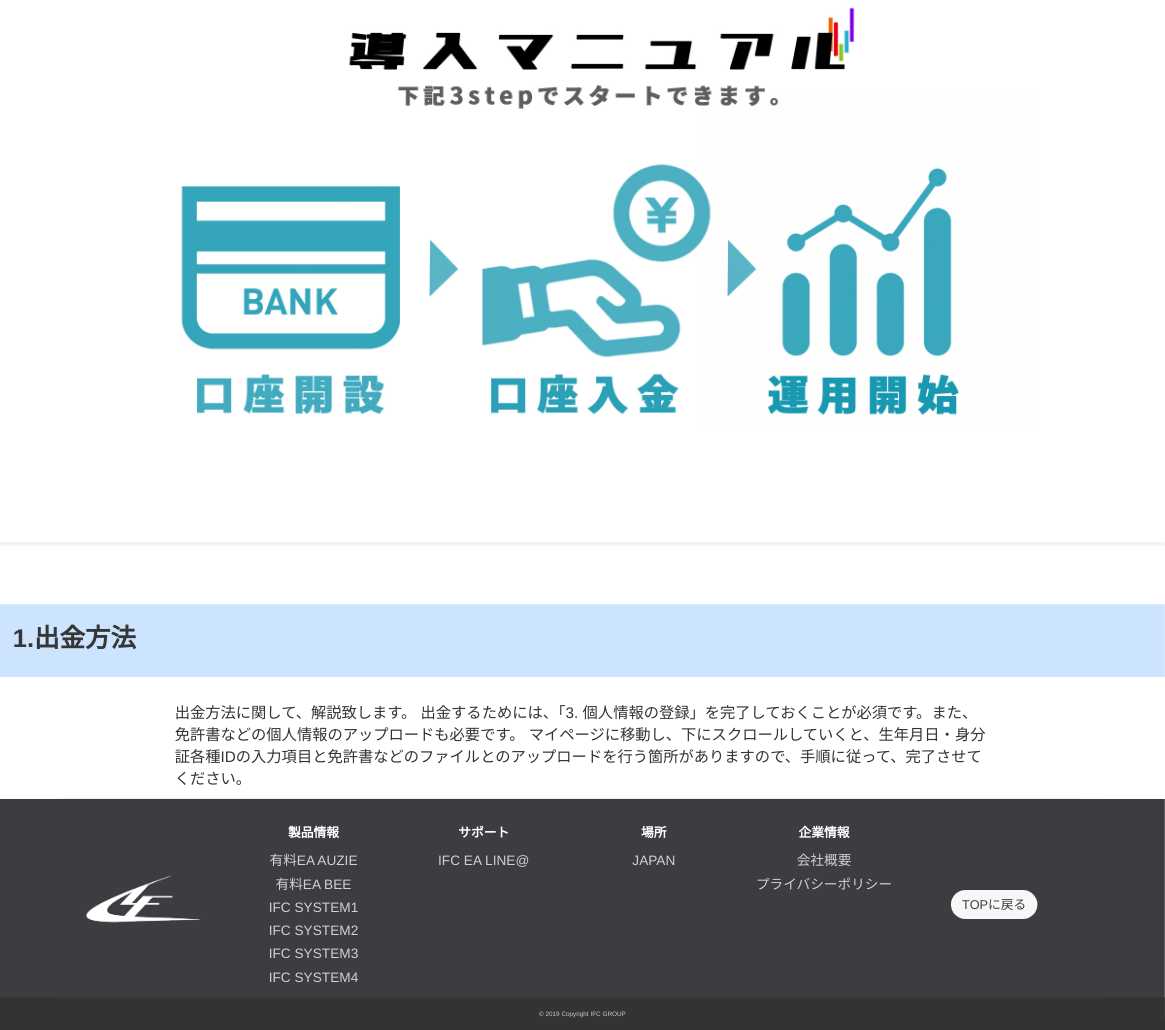
Repository: kkttuu1013/ProjectCeed
Page: http://localhost/start/4
The author's editor kept a record of every edit. The page is drawn from the files as they stood at one moment, then again after the next edit.
The browser window is 1280 px wide. The pictures show the whole page, at 91% of full size.
Some web libraries are served in a nearby version. The page is served by the project's Node server (server.js).

Above is the page before.
Console error: ReferenceError: jQuery is not defined

### views/back.ejs
<!DOCTYPE html>
<html lang="en">
<head>
    <meta charset="UTF-8">
    <meta name="viewport" content="width=device-width, initial-scale=1">
    <title>Hello Bulma!</title>
    <link href="../main.css" rel="stylesheet" type="text/css"/>
    <link rel="stylesheet" href="../bulma/bulma.css">
    <script defer src="https://use.fontawesome.com/releases/v5.0.7/js/all.js"></script>
    <meta http-equiv="X-UA-Compatible" content="ie=edge">
    <link rel="stylesheet" href="https://maxcdn.bootstrapcdn.com/bootstrap/3.3.6/css/bootstrap.min.css" />
    <title>Document</title>
    <script src="../main.js"></script>
</head>
<body>
    <img src="/image/4.jpg" class="sidepd4">
    <hr class="hr1">

  <div class="wrapper2" >
     <p class="txt1">
    <strong>1.出金方法</strong><br>
    </p>
    </div>
    <div class="wrapper4">
    <p class="txt">
    出金方法に関して、解説致します。

    出金するためには、「3. 個人情報の登録」を完了しておくことが必須です。また、免許書などの個人情報のアップロードも必要です。

    マイページに移動し、下にスクロールしていくと、生年月日・身分証各種IDの入力項目と免許書などのファイルとのアップロードを行う箇所がありますので、手順に従って、完了させてください。
    </p>
    </div>






    <footer id="myFooter">
        <div id="mycontainer" class="container blackDiv">
            <div class="row blackDiv">
                <div id="image_wrapper" class="col-sm-12 col-md-2 blackDiv">
                    <h2 class="logo"><a href="#"><img id="ifcLogo" src="/image/IFC rogo.png"></a></h2>
                </div>
                <div class="col-sm-12 col-md-2 blackDiv footerList" >
                    <h5>製品情報</h5>
                    <ul>
                        <li><a href="https://www.ifc752.com/gallery">有料EA AUZIE</a></li>
                        <li><a href="https://www.ifc752.com/bee">有料EA BEE</a></li>
                        <li><a href="https://www.ifc752.com/blank-2">IFC SYSTEM1</a></li>
                        <li><a href="https://www.ifc752.com/ifcsystem1">IFC SYSTEM2</a></li>
                        <li><a href="https://www.ifc752.com/ifcsystem2">IFC SYSTEM3</a></li>
                        <li><a href="https://www.ifc752.com/ifcsystem4-3">IFC SYSTEM4</a></li>
                    </ul>
                </div>
                <div class="col-sm-12 col-md-2 blackDiv footerList">
                    <h5>サポート</h5>
                    <ul>
                        <li><a href="https://line.me/R/ti/p/%40vbu5369m">IFC EA LINE@</a></li>
                    </ul>
                </div>
                <div class="col-sm-12 col-md-2 blackDiv footerList">
                    <h5>場所</h5>
                    <ul>
                        <li>JAPAN</li>

                    </ul>
                </div>
                <div class="col-sm-12 col-md-2 blackDiv footerList">
                    <h5>企業情報</h5>
                    <ul>
                        <li><a href="https://www.sinseeddeviation.com/">会社概要</a></li>
                        <li><a href="/privacypolicy">プライバシーポリシー</a></li>
                    </ul>
                </div>
                <div id="button_wrapper" class="col-sm-12 col-md-2 blackDiv">
                    <button onclick="location.href='/'" type="button" class="btn btn-default">TOPに戻る</button>
                </div>
            </div>
        </div>
        <div class="footer-copyright">
            <p>© 2019 Copyright IFC GROUP </p>
        </div>
    </footer>


    <script src="https://code.jquery.com/jquery-3.4.1.js"
            integrity="sha256-WpOohJOqMqqyKL9FccASB9O0KwACQJpFTUBLTYOVvVU="
            crossorigin="anonymous"></script>
    <script src="https://ajax.googleapis.com/ajax/libs/jquery/1.12.4/jquery.min.js"></script>
    <script src="https://maxcdn.bootstrapcdn.com/bootstrap/3.3.7/js/bootstrap.min.js"></script>
<script src="main.js"></script>
</body>

</html>

### server.js
const express = require('express');
const app = express();
const cool = require('cool-ascii-faces')
const PORT = process.env.PORT || 3000;

app.set('views', './views');
app.set("view engine", "ejs");
app.use( express.static( __dirname ) );

app.get('/',function(req, res){
    res.render("index");
});

app.get('/whatisea/', function(req, res){
    res.render("whatisea")
})

app.get('/free/', function(req, res){
    res.render("free")
})

app.get('/cool', (req, res)=> res.send(cool()));

app.get('/privacypolicy', function(req, res){
    res.render("privacypolicy")
})

app.get('/stream', function(req, res){
    res.render("stream");
})

app.get('/start', function(req, res){
    res.render("start");
})

app.get('/start/2', function(req,res){
    res.render("money");
})

app.get('/start/3', function(req,res){
    res.render("mt4");
})

app.get('/start/4', function(req,res){
    res.render("back");
})

app.use(function(err, req, res, next){
	res.status(500);
	res.end('my 500 error! : ' + err);
});

app.listen(PORT);

### main.css
body{
    color: black;
    padding: 0;
    margin: 0;
}

.top-padding{
    padding: 5% 15% 5% 15%;
}

.responsiveImg{
    width: 100%;
}

.whitediv{
    background-color: white !important;
}



.right-half {
    position: absolute;
    right: 0px;
    width: 50%;
    height: 40%;
}

.margin-zero{
    margin: 0;
    padding: 0;
}
.img-whitebar{
    margin: 0px;
}
#leftHalf {
    width: 50%;
    position: absolute;
    left: 0px;
    height: 100%;
}

.mgpdzero{
    margin-bottom: 0px;
    padding: 0;
}

#topPos{
    width: 100%;
}

.sidepd{
    padding: 0px  10% 6% 10%;
}

.sidepd2{
    padding: 0% 10% 0% 10%;
}

.sidepd3{
    margin-left: auto;
    margin-right: auto;
    width: 100%;
}

.sidepd4{
    padding: 0% 10% 0% 10%;
}



.addtoppd{
    padding-top: 5%;
}


.navbar
{
    border: 0 !important;
}

.containBtn{
    position: relative;
    text-align: center;
    z-index: 0;
}

#container {
    position:relative;
    display: block;
}

.column{
    padding: 0;
    margin: 0;
}

.skyblue{
    color: #3D9BE9;
}

.wrapper {
    max-width: 70%;
    margin: 0 auto;
    text-align: center;
    background: white;
  }
.wrapper2{
    padding: 1.3em 1em;
    margin: auto;
    margin-top: 5%;
    color: #2c2c2f;
    background: #cde4ff;/*背景色*/
    width: 100%;
    height: 80px;
    text-align: left;
}

.wrapper4 {
    max-width: 70%;
    margin: 0 auto;
    margin-top: 2em;
    text-align: center;
    background: white;
  }

 .wrapper5 {
    margin: 0 auto;
    margin-top: 2em;
    text-align: center;
    background: white;
  }

.next {
  background-color: #4CAF50;
  color: white;
  text-align: center;
  text-decoration: none;
  display: inline-block;
  padding: 8px 16px;
}

.round {
  border-radius: 50%;
}

.mgtop{
    margin-top: 1em;
}


.txt{
    font-size: 1.2em;
    text-align: left;
}

.txt1 {
    display: inline-block;
    text-align: center;
    font-size: 2em;
}

#link{
    text-align: center;
    background: white;

}

.hr1{
    height: 3px;
}





#mycontainer .container{
    height: 50px;
    width: 100px;
}

#img2 {
    width: 50px;
    height: auto;
    position: absolute;
    left: 61.5%;
    top: 20%;
}

#img3 {
    width: 50px;
    height: auto;
    position: absolute;
    left: 1170px;
    top: 15px;
}

#img4 {
    width: 50px;
    height: auto;
    position: absolute;
    left: 100%;
    top: 15px;
}

.fixedTop{
    position: fixed;
    top: 0;
    z-index: 10;
}

#toTop{
    width: 12%;

}

#toTop:focus{
    outline: none;
}

#toEA{
    left: 11%;
    width: 18.5%;
}

#gotoea{
    position: absolute;
    bottom: 29%;
    left: 23.5%;
    text-align: center;
    font-size: 1.5vw;
}

#gotofree{
    position: absolute;
    bottom: 30%;
    left: 60%;
    text-align: center;
    font-size: 1.5vw;
}



#toEA:focus{
    outline: none;
}

#toFree{
    left: 28.5%;
    width: 20%;
}

#toFree:focus{
    outline: none;
}

#gotostream{
    position: absolute;
    bottom: 35%;
    left: 26%;
    font-size: 1.5vw;
}

#gotostream2{
    position: absolute;
    bottom: 15%;
    left: 60%;
    font-size: 1.4vw;
}

#toStream{
    left: 47.8%;
    width: 19.6%;
}

#toStream:focus{
    outline: none;
}

#toLine{
    left: 67.4%;
    width: 11%;
}

#toLine:focus{
    outline: none;
}


#toStart{
    left: 78.3%;
    width: 27.8%;
}

#toStart:focus{
    outline: none;
}

.videocontainer{
    position: relative;
    width: 100%;
    padding-top: 30%;
    padding-left: 10%;
    padding-right: 10%;
    padding-bottom: 10%;
}

.streamframe{
    position: absolute;
    top: 10%;
    right: 25%;
    width: 1000px;
    height: 500px;
}

.signal{
    top: 1.5%;
    left: 64%;
    width: 3%;
}

@media screen and (max-width: 600px) {
    .signal{top: 1%;}
}

div {
    background-color: #F7F7F8;
  }

#mycontainer{
    width: 100%;
}

#myFooter {
    background-color: #3c3d41;
    color: white;
    width: 100%;

}

#myFooter .footer-copyright {
    background-color: #333333;
    padding-top: 3px;
    padding-bottom: 3px;
    text-align: center;
    font-size: 50%;
}

#myFooter .row {
    margin-bottom: 0px;
    width: 100%;
}

#myFooter .navbar-brand {
    margin-top: 45px;
    height: 65px;
}

#myFooter .footer-copyright p {
    margin: 10px;
    color: #ccc;
}

#myFooter ul {
    list-style-type: none;
    padding-left: 0;
    line-height: 1.7;
    text-align: center;
}

#myFooter h5 {
    color: white;
    font-weight: bold;
    margin-top: 30px;
    text-align: center;

}

#myFooter h2 a{
    font-size: 50px;
    text-align: center;
    color: #fff;
}

#myFooter a {
    width: 100%;
    color: #d2d1d1;
    text-decoration: none;
    font-size: 15px;

}

#myFooter li{
    width: 100%;
    color: #d2d1d1;
    text-decoration: none;
    font-size: 15px;
}

#myFooter a:hover,
#myFooter a:focus {
    text-decoration: none;
    color: white;
}

#myFooter .social-networks {
    text-align: center;
    padding-top: 100px;
    padding-bottom: 16px;
}

#myFooter .social-networks a {
    font-size: 10px;
    color: #f9f9f9;
    padding: 10px;
    transition: 0.2s;
}

#myFooter .social-networks a:hover {
    text-decoration: none;
}

#myFooter .facebook:hover {
    color: #0077e2;
}

#myFooter .google:hover {
    color: #ef1a1a;
}

#myFooter .twitter:hover {
    color: #00aced;
}

#myFooter .btn {
    color: #3c3d41;
    background-color: #F7F7F8;
    border-radius: 20px;
    border: none;
    margin: auto;
    margin-top: 100px;
}

#button_wrapper{
    text-align: center;
}

#ifcLogo{
    height: auto;
    width: 200px;
    padding-right: 10px;
    padding-left:  10px;
    padding-top: 25px;
}

.mobile{
    display: none;
}

@media screen and (max-width: 1023px) {
    #myFooter .row {
    margin-bottom: 0px;
}
    #image_wrapper{
        text-align: center;
    }

    #myFooter .btn{
        margin-top: 50px;
        margin-bottom: 50px;
    }

    .desktop{
        display: none;
    }

    .mobile{
        display: block;
        width: 100%;
    }
    #toTop{
        width: 100%;
    }
    #imgMain{
        margin-top: 10%;
    }


}

@media screen and (max-width: 767px) {
    .sidepd{
        padding: 0 0 20% 0;
    }
    .top-padding{
        padding: 5% 0 5% 0;
    }

    #gotoea{
        bottom: 29%;
        left: 18%;
        font-size: 2vw;
    }

    #gotostream{
        position: absolute;
        bottom: 35%;
        left: 21%;
        font-size: 2vw;
    }

     #gotofree{
        position: absolute;
        bottom: 7%;
        left: 40%;
        font-size: 3vw;
    }

    #gotoea{
        position: absolute;
        bottom: 7%;
        left: 40%;
        font-size: 3vw;
    }

    #gotostream{
        position: absolute;
        bottom: 7%;
        left: 40%;
        font-size: 3vw;
    }





}

@media (max-width: 525px){
    .containimg {
        width: auto;
        }
    .insideimg{
        width: 100%;
        height: auto;
    }
}


.blackDiv{
    background-color: #3c3d41;
    font-size: 80%;
}


/* ============== */
/*     footer     */
/* ============== */

### main.js
/* global $ */

jQuery(function(){

    function fadeIn()
{
   $(this).fadeIn( fadeOut );
}

function fadeOut()
{
   $(this).fadeOut( fadeIn );
}

fadeIn.call($(".signal"));

 });



 //向かいたい先の位置を変数positionに入れる。
var topPos = $("#topPos").offset().top;
var eaPos = $("#eaPos").offset().top;
var freePos = $("#freePos").offset().top;
var livePos = $("#livePos").offset().top;
var linePos = $("#linePos").offset().top;
var startPos = $("#startPos").offset().top;　//最初の要素の、ドキュメント上での表示位置[y軸]を返す

var bootstrap_enabled = (typeof $().modal == 'function');


//TO TOP BUTTON
$(document).on("click","#toTop",function(){
   console.log("pressed!");
   $("html,body").animate({
        scrollTop : topPos // さっき変数に入れた位置まで
    }, {
        queue : false,　// どれくらい経過してから、アニメーションを始めるか。キュー[待ち行列]。falseを指定すると、キューに追加されずに即座にアニメーションを実行。
    });
});

$(document).on("click",".btn-default",function(){
    console.log("pressed!");
    $("html,body").animate({
         scrollTop : topPos // さっき変数に入れた位置まで
     }, {
         queue : false,　// どれくらい経過してから、アニメーションを始めるか。キュー[待ち行列]。falseを指定すると、キューに追加されずに即座にアニメーションを実行。
     });
 });

$(document).on("click","#toEA",function(){
    console.log("pressed!");
    $("html,body").animate({
         scrollTop : eaPos // さっき変数に入れた位置まで
     }, {
         queue : false,　// どれくらい経過してから、アニメーションを始めるか。キュー[待ち行列]。falseを指定すると、キューに追加されずに即座にアニメーションを実行。
     });
 });

 $(document).on("click","#toFree",function(){
    console.log("pressed!");
    $("html,body").animate({
         scrollTop : freePos // さっき変数に入れた位置まで
     }, {
         queue : false,　// どれくらい経過してから、アニメーションを始めるか。キュー[待ち行列]。falseを指定すると、キューに追加されずに即座にアニメーションを実行。
     });
 });

 $(document).on("click","#toStream",function(){
    console.log("pressed!");
    $("html,body").animate({
         scrollTop : livePos // さっき変数に入れた位置まで
     }, {
         queue : false,　// どれくらい経過してから、アニメーションを始めるか。キュー[待ち行列]。falseを指定すると、キューに追加されずに即座にアニメーションを実行。
     });
 });

 $(document).on("click","#toLine",function(){
    console.log("pressed!");
    $("html,body").animate({
         scrollTop : linePos // さっき変数に入れた位置まで
     }, {
         queue : false,　// どれくらい経過してから、アニメーションを始めるか。キュー[待ち行列]。falseを指定すると、キューに追加されずに即座にアニメーションを実行。
     });
 });

 $(document).on("click","#toStart",function(){
    console.log("pressed!");
    $("html,body").animate({
         scrollTop : startPos // さっき変数に入れた位置まで
     }, {
         queue : false,　// どれくらい経過してから、アニメーションを始めるか。キュー[待ち行列]。falseを指定すると、キューに追加されずに即座にアニメーションを実行。
     });
 });

Loaded but not shown: bulma/bulma.css (library)

After the next edit:
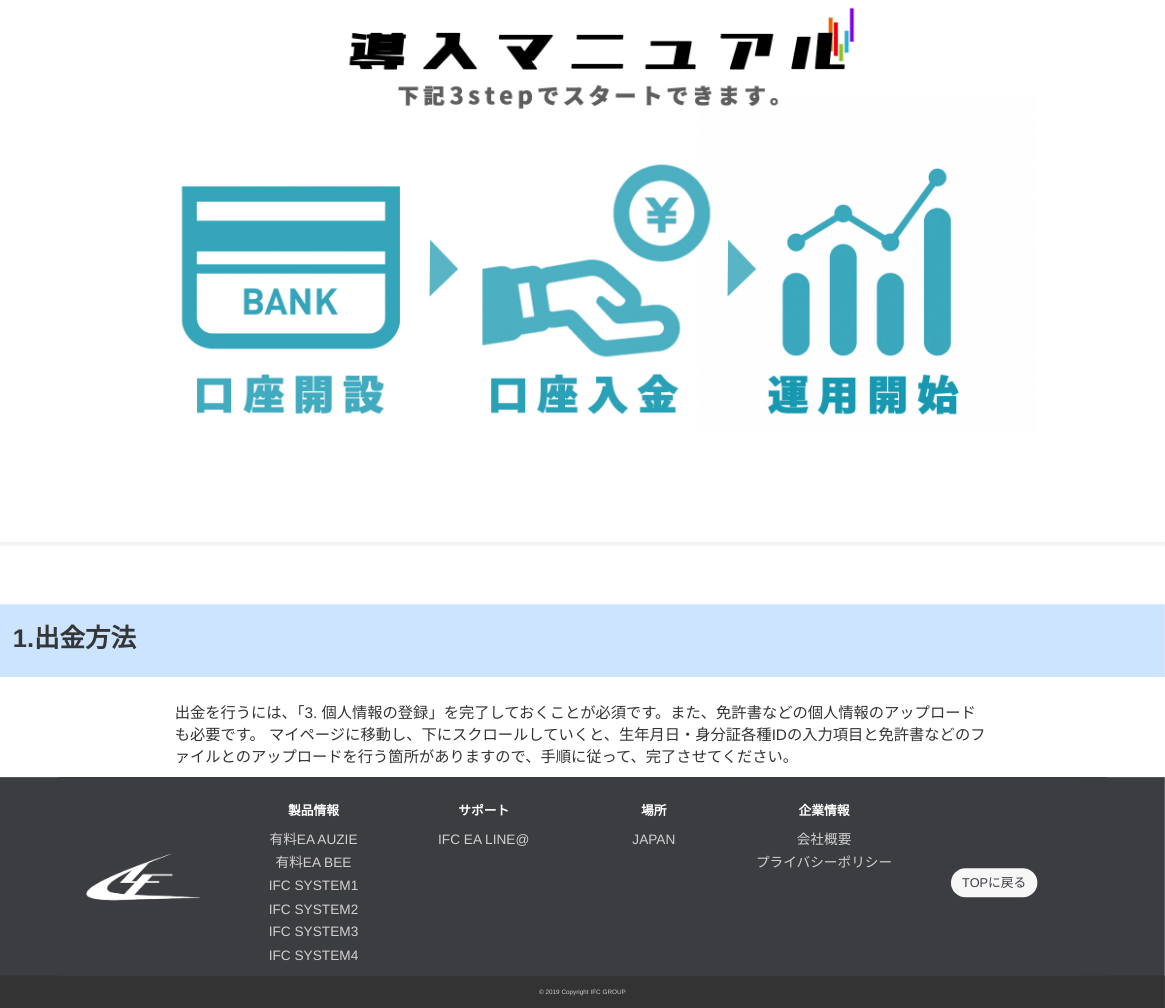
The edit:
--- a/views/back.ejs
+++ b/views/back.ejs
@@ -23,9 +23,8 @@
     </div>
     <div class="wrapper4">
     <p class="txt">
-    出金方法に関して、解説致します。
 
-    出金するためには、「3. 個人情報の登録」を完了しておくことが必須です。また、免許書などの個人情報のアップロードも必要です。
+    出金を行うには、「3. 個人情報の登録」を完了しておくことが必須です。また、免許書などの個人情報のアップロードも必要です。
 
     マイページに移動し、下にスクロールしていくと、生年月日・身分証各種IDの入力項目と免許書などのファイルとのアップロードを行う箇所がありますので、手順に従って、完了させてください。
     </p>
